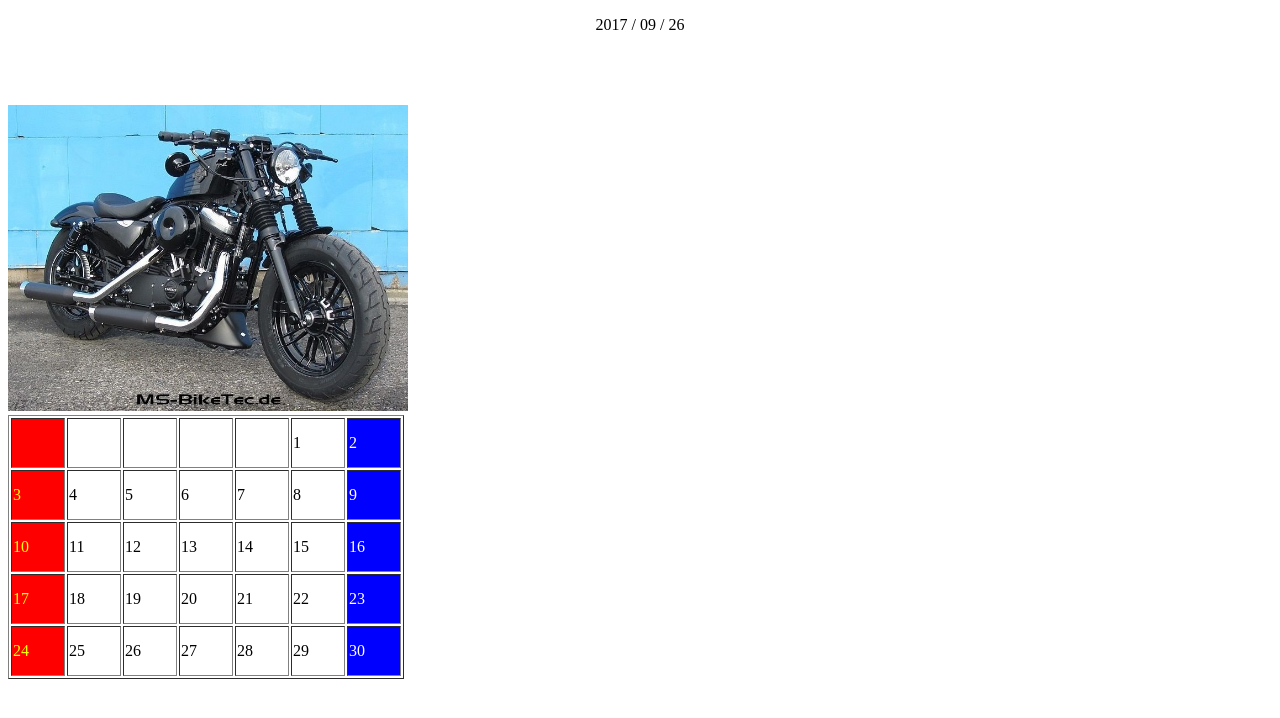
Repository: shouvoo/bitAcademy
Page: work/jsp/htmlProj/WebContent/basic/table2.html
The author's editor kept a copy of each file at every save. The page is drawn from the files as they stood at one save, then again after the next save.
The browser window is 1280 px wide. The pictures show the whole page.

Above is the page before, as saved 2017-09-26 03:04:53.

### work/jsp/htmlProj/WebContent/basic/table2.html
<!DOCTYPE html>
<html>
	<head>
		<meta charset="UTF-8">
		<title>Insert title here</title>

		<style type="text/css">
			.sat
			{
				background: red;
				color: yellow;
			}

			.sun
			{
				background: blue;
				color: white;
			}
		</style>

	</head>

	<body>
		<!-- table>tr[height=10]*3>td[width=50]*4> 테이블을 생성해줌 -->
		<p align="center">2017 / 09 / 26</p>
		<font size="20" ></font>
		<br>
		<img alt="" src="../img/bike0.jpg" width="400">

		<table border=1>
			<tr height="50">
				<td class="sat" width="50"></td>
				<td width="50"></td>
				<td width="50"></td>
				<td width="50"></td>
				<td width="50"></td>
				<td width="50">1</td>
				<td class="sun" width="50">2</td>
			</tr>
			<tr height="50">
				<td class="sat"  width="50">3</td>
				<td width="50">4</td>
				<td width="50">5</td>
				<td width="50">6</td>
				<td width="50">7</td>
				<td width="50">8</td>
				<td class="sun" width="50">9</td>
			</tr>
			<tr height="50">
				<td class="sat"  width="50">10</td>
				<td width="50">11</td>
				<td width="50">12</td>
				<td width="50">13</td>
				<td width="50">14</td>
				<td width="50">15</td>
				<td class="sun" width="50">16</td>
			</tr>
			<tr height="50">
				<td class="sat"  width="50">17</td>
				<td width="50">18</td>
				<td width="50">19</td>
				<td width="50">20</td>
				<td width="50">21</td>
				<td width="50">22</td>
				<td class="sun" width="50">23</td>
			</tr>
			<tr height="50">
				<td class="sat"  width="50">24</td>
				<td width="50">25</td>
				<td width="50">26</td>
				<td width="50">27</td>
				<td width="50">28</td>
				<td width="50">29</td>
				<td class="sun" width="50">30</td>
			</tr>
		</table>

	</body>
</html>

After the next save:
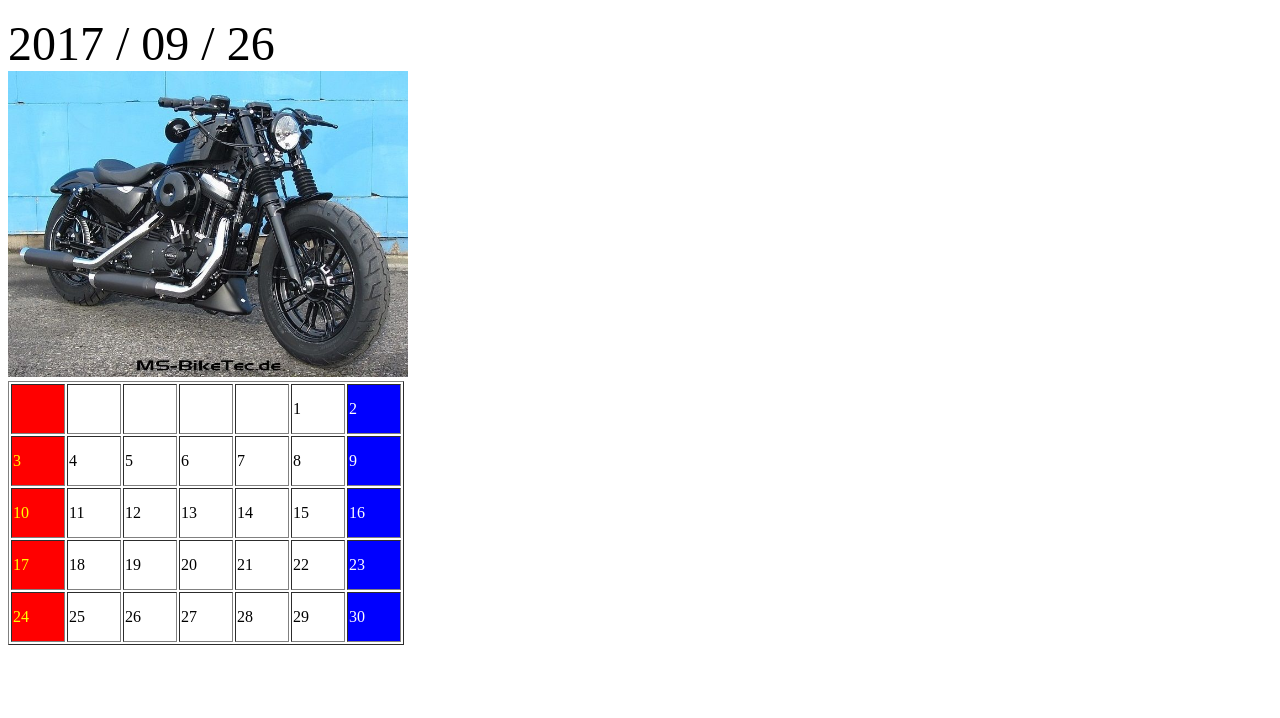
Saved 25 s later.
--- a/work/jsp/htmlProj/WebContent/basic/table2.html
+++ b/work/jsp/htmlProj/WebContent/basic/table2.html
@@ -22,8 +22,8 @@
 
 	<body>
 		<!-- table>tr[height=10]*3>td[width=50]*4> 테이블을 생성해줌 -->
-		<p align="center">2017 / 09 / 26</p>
-		<font size="20" ></font>
+		<p align="center"></p>
+		<font size="20" >2017 / 09 / 26</font>
 		<br>
 		<img alt="" src="../img/bike0.jpg" width="400">
 

After the save that followed:
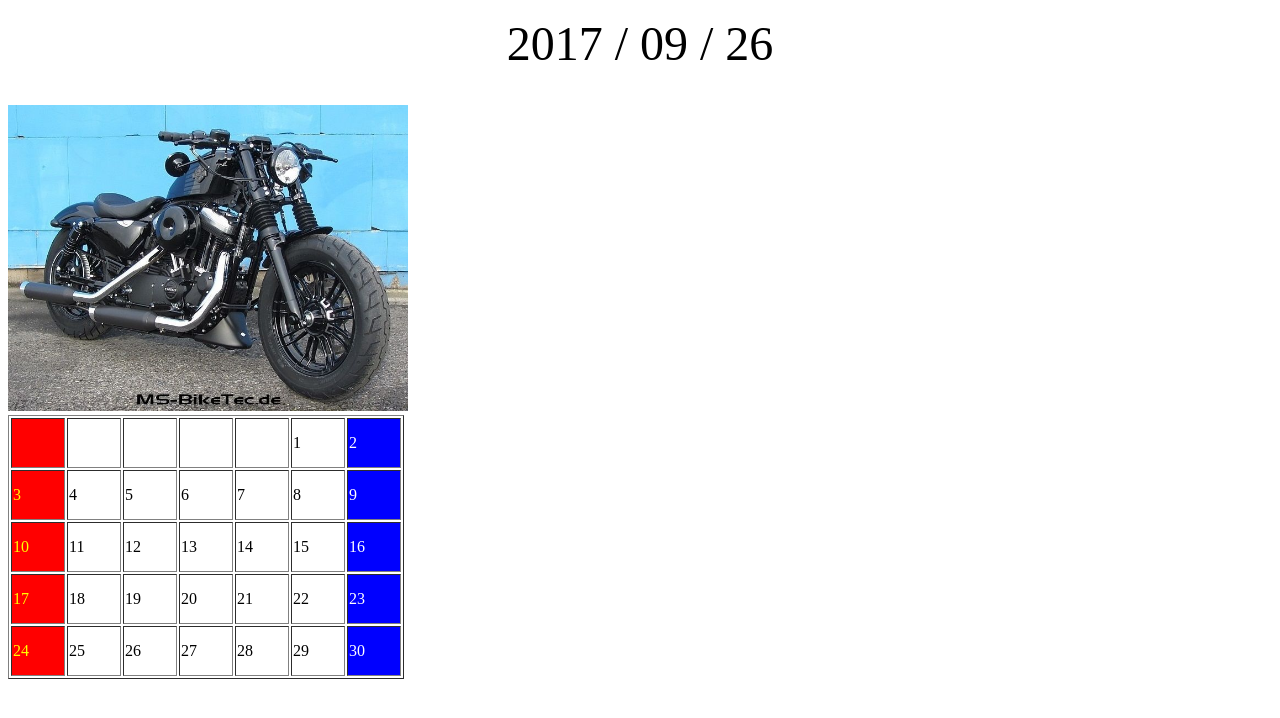
Saved 4 s later.
--- a/work/jsp/htmlProj/WebContent/basic/table2.html
+++ b/work/jsp/htmlProj/WebContent/basic/table2.html
@@ -22,8 +22,9 @@
 
 	<body>
 		<!-- table>tr[height=10]*3>td[width=50]*4> 테이블을 생성해줌 -->
-		<p align="center"></p>
+		<p align="center">
 		<font size="20" >2017 / 09 / 26</font>
+		</p>
 		<br>
 		<img alt="" src="../img/bike0.jpg" width="400">
 
